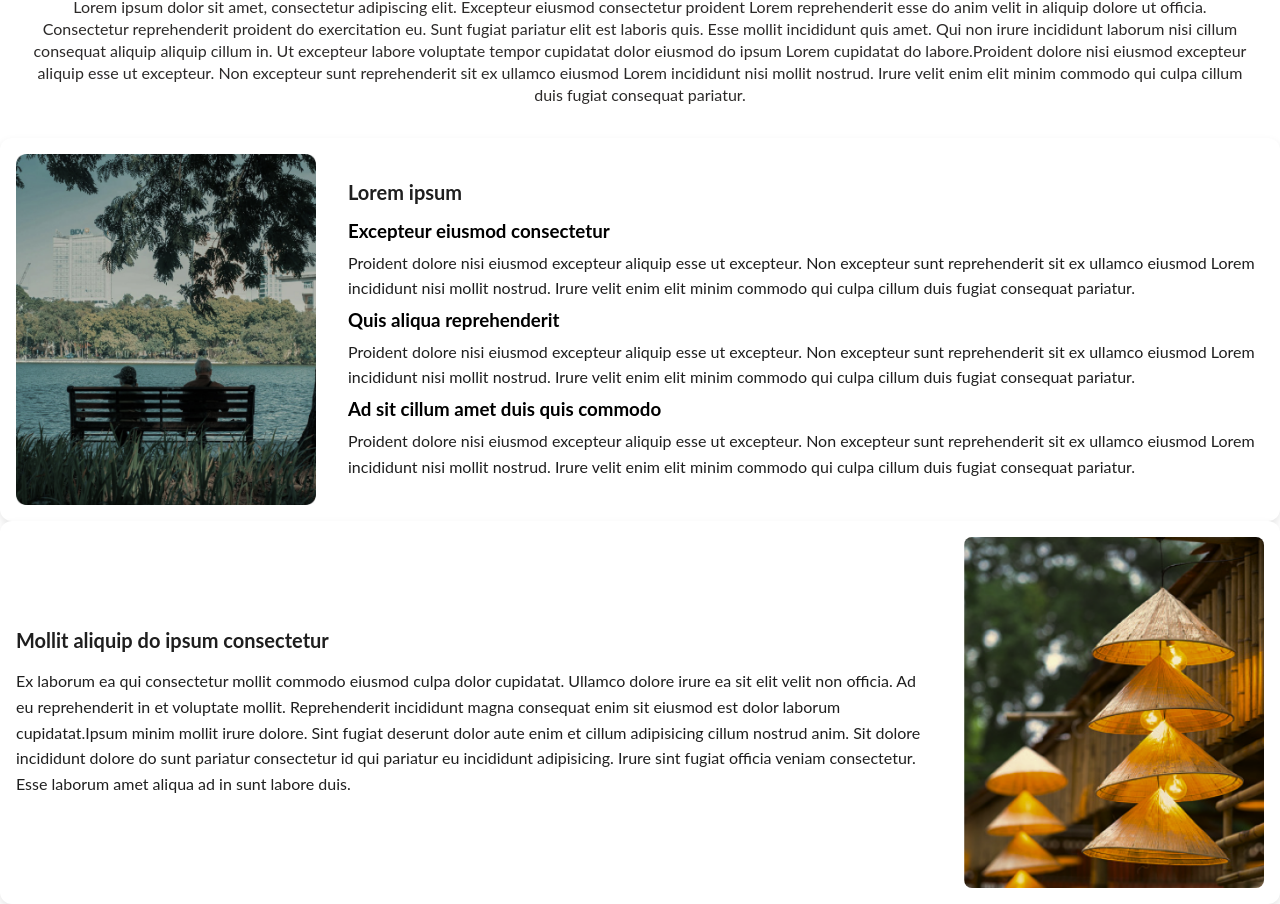
Repository: PhamNguyen2608/WGT-test
Page: index.html
The author's editor kept a copy of each file at every save. The page is drawn from the files as they stood at one save, then again after the next save.
The browser window is 1280 px wide. The pictures show the part of the page from y = 782 to 1711 px (the page is 1686 px tall before and 1711 px after).
A picture or video elsewhere on the page could not be fetched, so the positions and the page height are approximate.

Above is the page before, as saved 2024-11-12 01:59:12.

### index.html
<!DOCTYPE html>
<html lang="en">
<head>
    <meta charset="UTF-8">
    <meta name="viewport" content="width=device-width, initial-scale=1.0">
    <title>Test</title>
    <link rel="stylesheet" href="asset/css/style.css">
</head>
<body>
    <div id="app"></div>
    <script type="module" src="src/js/main.js"></script>
</body>
</html>

### asset/css/style.css
@import './global/reset.css';
@import './global/variables.css';
@import './global/typography.css';

@import './components/hero-section.css';
@import './components/content-section.css';
@import './components/header.css';

### src/js/main.js
import App from './app.js';

document.addEventListener('DOMContentLoaded', () => {
    const rootElement = document.getElementById('app');
    const app = new App(rootElement);
    app.render();
});

### asset/css/global/reset.css
/* Reset CSS */
* {
    margin: 0;
    padding: 0;
    box-sizing: border-box;
}

body {
    font-family: var(--font-family-sans);
}

### asset/css/global/variables.css
:root {
    /* Màu sắc */
    --color-primary: #2C2A29;
    --color-secondary: #1F1F1F;
    --color-background: #ffffff;

    /* Font chữ */
    --font-family-serif: 'Georgia', serif;
    --font-family-sans: 'Lato', sans-serif;
    /* Font weight */
    --font-weight-regular: 400;
    --font-weight-medium: 500;
    --font-weight-bold: 700;

    /* Cỡ chữ */
    --font-size-12: 12px;
    --font-size-14: 14px;
    --font-size-16: 16px;
    --font-size-20: 20px;
    --font-size-24: 24px;
    --font-size-40: 40px;

    /* Line height */
    --line-height-1-4: 1.4;
    --line-height-1-6: 1.6;
    --line-height-2-0: 2;
    --line-height-22: 22px;

    /* Khoảng cách */
    --spacing-small: 8px;
    --spacing-medium: 16px;
    --spacing-large: 32px;
}

### asset/css/global/typography.css
/* Font weight */
.text-regular {
    font-weight: var(--font-weight-regular);
}
.text-medium {
    font-weight: var(--font-weight-medium);
}
.text-bold {
    font-weight: var(--font-weight-bold);
}
.text-extra-bold {
    font-weight: var(--font-weight-extra-bold);
}
/* Font size */
.fz-12 {
    font-size: var(--font-size-12);
}
.fz-14 {
    font-size: var(--font-size-14);
}
.fz-16 {
    font-size: var(--font-size-16);
}
.fz-20 {
    font-size: var(--font-size-20);
}
.fz-24 {
    font-size: var(--font-size-24);
}
.fz-40 {
    font-size: var(--font-size-40);
}
/* Line height */
.line-1-4 {
    line-height: var(--line-height-1-4);
}
.line-1-6 {
    line-height: var(--line-height-1-6);
}

/* Text color */
.text-primary {
    color: var(--color-primary);
}
.text-secondary {
    color: var(--color-secondary);
}
.text-accent {
    color: var(--color-accent);
}

### asset/css/components/hero-section.css
.hero-section {
    text-align: center;
    padding: var(--spacing-large);
    background-color: var(--color-background);
    font-family: var(--font-family-sans);
}

.hero-title {
    font-size: var(--font-size-40);
    font-weight: var(--font-weight-regular);
    margin-bottom: var(--spacing-medium);
}

.hero-images {
    display: flex;
    justify-content: center;
    gap: var(--spacing-medium);
}

.hero-content {
    margin-top: var(--spacing-medium);
    font-size: var(--font-size-16);
    font-weight: var(--font-weight-regular);
    line-height: 22px;
    color: var(--color-primary);
}

### asset/css/components/content-section.css
.content-section {
    display: flex;
    flex-direction: row;
    gap: var(--spacing-large);
    align-items: center;
    padding: var(--spacing-medium);
    border: 1px solid var(--color-border);
    border-radius: 12px;
    background-color: var(--color-background);
    box-shadow: 0 4px 8px rgba(0, 0, 0, 0.1);
}

.content-section.reverse {
    flex-direction: row-reverse;
}

.content-image {
    flex: 1;
    max-width: 300px;
    height: auto;
    border-radius: 8px;
    object-fit: cover;
}

.content-text {
    flex: 2;
    display: flex;
    flex-direction: column;
    gap: var(--spacing-small);
}

.content-title {
    font-size: var(--font-size-20);
    font-weight: var(--font-weight-bold);
    color: var(--color-secondary);
    margin-bottom: var(--spacing-small);
}

.content-description {
    font-size: var(--font-size-16);
    font-weight: var(--font-weight-regular);
    color: var(--color-secondary);
    line-height: var(--line-height-1-6);
}

### asset/css/components/header.css
.header {
    color: var(--color-primary);
    text-align: center;
    padding: var(--spacing-large);
    background-color: var(--color-background);
    font-size: var(--font-size-40);
    font-weight: var(--font-weight-regular);
}

.header__title {
    font-size: var(--font-size-40);
    font-weight: var(--font-weight-regular);
    color: var(--color-primary);
    margin: 0;
}

### src/js/app.js
import Router from './router.js';
import LandingPage from '../pages/LandingPage.js';


export default class App {
    constructor(rootElement, routes, components) {
        this.rootElement = rootElement;
        this.routes = routes;
        this.components = components;
        this.router = new Router();
        console.log('App initialized');
    }

    setupRouter(){
        this.router.registerRoute("/", () => new LandingPage().render());
        this.router.listen(this.rootElement);
    }
    render(){
        this.setupRouter();
    }
}

### src/js/router.js
export default class Router {
    constructor() {
        this.routes = {};
    }

    registerRoute(path, callback) {
        this.routes[path] = callback;
    }

    async handleRouteChange(rootElement) {
        const path = window.location.hash.slice(1) || '/';
        const renderCallback = this.routes[path];

        if (renderCallback) {
            rootElement.innerHTML = '';
            try {
                const content = await renderCallback();
                if (content instanceof Node) {
                    rootElement.appendChild(content);
                } else {
                    throw new Error('Render callback did not return a Node');
                }
            } catch (error) {
                console.error('Error rendering route:', error);
                rootElement.innerHTML = '<h1>Failed to load route content</h1>';
            }
        } else {
            rootElement.innerHTML = '<h1>404 - Page Not Found</h1>';
        }
    }

    listen(rootElement) {
        window.addEventListener('hashchange', () => this.handleRouteChange(rootElement));
        this.handleRouteChange(rootElement);
    }
}

### src/pages/LandingPage.js
import Header from '../components/Header.js';
import HeroSection from '../components/HeroSection.js';
import ContentSection from '../components/ContentSection.js';
import GetDataService from '../services/getDataService.js';

export default class LandingPage {
    constructor() {
        this.getDataService = new GetDataService();
    }

    async render() {
        const container = document.createElement('div');
        container.className = 'landing-page';

        try {
            const pageData = await this.getDataService.getData();
            const page = pageData.page;
            console.log(pageData)
            // Render Header
            const header = new Header({ title: page.header.title });
            container.appendChild(header.render());

            // Render HeroSection
            const heroSection = new HeroSection({
                images: page.heroSection.images,
                content: page.heroSection.content,
            });
            container.appendChild(heroSection.render());

            // Render ContentSections
            if (Array.isArray(page.contentSections)) {
                page.contentSections.forEach((sectionData, index) => {
                    const contentSection = new ContentSection({
                        image: sectionData.image,
                        text: sectionData.text,
                        reverse: index % 2 === 1,
                    });
                    container.appendChild(contentSection.render());
                });
            }
            else {
                console.warn('Content sections are not an array:', page.contentSections);
            }
        } catch (error) {
            console.error('Error rendering LandingPage:', error);
            container.textContent = 'Failed to load content.';
        }

        return container;
    }
}

### src/components/Header.js
export default class Header {
    constructor({ title }) {
        this.title = title;
    }

    render() {
        const header = document.createElement('header');
        header.className = 'header';

        const h1 = document.createElement('h1');
        h1.className = 'header__title';
        h1.textContent = this.title;

        header.appendChild(h1);

        return header;
    }
}

### src/components/HeroSection.js
export default class HeroSection {
  constructor(props = {}) {
    const { title, images, content, events = {} } = props;
    this.props = { title, images, content };
    this.events = events;
  }

  createElement(tag, className = "", textContent = "", attributes = {}) {
    const element = document.createElement(tag);
    if (className) element.className = className;
    if (textContent) element.textContent = textContent;

    Object.entries(attributes).forEach(([key, value]) => {
      element.setAttribute(key, value);
    });

    return element;
  }

  createImageContainer(images) {
    const container = this.createElement("div", "hero-images");
    if (Array.isArray(images)) {
      images.forEach(({ src, alt }) => {
        const img = this.createElement("img", "", "", {
          src,
          alt: alt || "Image",
        });
        container.appendChild(img);
      });
    } else {
      console.warn('HeroSection: "images" is not an array', images);
      container.textContent = "No images available";
    }
    return container;
  }

  render() {
    const { title, images, content } = this.props;

    const section = this.createElement("section", "hero-section");

    if (title) {
      const titleElement = this.createElement("h1", "hero-title", title);
      section.appendChild(titleElement);
    }

    const imageContainer = this.createImageContainer(images);
    section.appendChild(imageContainer);

    if (content) {
      const contentElement = this.createElement("p", "hero-content", content);
      section.appendChild(contentElement);
    } else {
      const placeholder = this.createElement(
        "p",
        "hero-content-placeholder",
        "No content available"
      );
      section.appendChild(placeholder);
    }

    return section;
  }
}

### src/components/ContentSection.js
export default class ContentSection {
    constructor({ image, text, reverse = false }) {
        this.image = image;
        this.text = text;
        this.reverse = reverse;
    }

    render() {
        const section = document.createElement('div');
        section.className = 'content-section';
        if (this.reverse) {
            section.classList.add('reverse');
        }

        const imageElement = document.createElement('img');
        imageElement.src = this.image.src;
        imageElement.alt = this.image.alt || 'Content Image';
        imageElement.className = 'content-image';

        const textContainer = document.createElement('div');
        textContainer.className = 'content-text';

        const titleElement = document.createElement('h2');
        titleElement.className = 'content-title';
        titleElement.textContent = this.text.title;

        textContainer.appendChild(titleElement);

        if (Array.isArray(this.text.subsections)) {
            this.text.subsections.forEach((subsection) => {
                const subtitleElement = document.createElement('h3');
                subtitleElement.className = 'content-subtitle';
                subtitleElement.textContent = subsection.subtitle;

                const contentElement = document.createElement('p');
                contentElement.className = 'content-description';
                contentElement.textContent = subsection.content;

                textContainer.appendChild(subtitleElement);
                textContainer.appendChild(contentElement);
            });
        } else if (this.text.content) {
            const contentElement = document.createElement('p');
            contentElement.className = 'content-description';
            contentElement.textContent = this.text.content;
            textContainer.appendChild(contentElement);
        }

        section.appendChild(imageElement);
        section.appendChild(textContainer);

        return section;
    }
}

### src/services/getDataService.js
export default class GetDataService {
    async getData() {
        try {
            const response = await fetch('src/data/data.json');
            if (!response.ok) {
                throw new Error('Failed to fetch data');
            }
            const data = await response.json();
            console.log(data)

            return data;
        } catch (error) {
            console.error('Error fetching data:', error);
            throw error;
        }
    }
}

### src/data/data.json
{
  "page": {
    "header": {
      "title": "Lorem ullamco"
    },
    "heroSection": {
      "images": [
        {
          "src": "asset/images/image-top-1.png",
          "alt": "Description of first image"
        },
        {
          "src": "asset/images/image-top-2.png",
          "alt": "Description of second image"
        }
      ],
      "content": "Lorem ipsum dolor sit amet, consectetur adipiscing elit. Excepteur eiusmod consectetur proident Lorem reprehenderit esse do anim velit in aliquip dolore ut officia. Consectetur reprehenderit proident do exercitation eu. Sunt fugiat pariatur elit est laboris quis. Esse mollit incididunt quis amet. Qui non irure incididunt laborum nisi cillum consequat aliquip aliquip cillum in. Ut excepteur labore voluptate tempor cupidatat dolor eiusmod do ipsum Lorem cupidatat do labore.Proident dolore nisi eiusmod excepteur aliquip esse ut excepteur. Non excepteur sunt reprehenderit sit ex ullamco eiusmod Lorem incididunt nisi mollit nostrud. Irure velit enim elit minim commodo qui culpa cillum duis fugiat consequat pariatur."
    },
    "contentSections": [
      {
        "image": {
          "src": "asset/images/image-bot-1.jpg",
          "alt": "Description of third image"
        },
        "text": {
          "title": "Lorem ipsum",
          "subsections": [
            {
              "subtitle": "Excepteur eiusmod consectetur",
              "content": "Proident dolore nisi eiusmod excepteur aliquip esse ut excepteur. Non excepteur sunt reprehenderit sit ex ullamco eiusmod Lorem incididunt nisi mollit nostrud. Irure velit enim elit minim commodo qui culpa cillum duis fugiat consequat pariatur."
            },
            {
              "subtitle": "Quis aliqua reprehenderit",
              "content": "Proident dolore nisi eiusmod excepteur aliquip esse ut excepteur. Non excepteur sunt reprehenderit sit ex ullamco eiusmod Lorem incididunt nisi mollit nostrud. Irure velit enim elit minim commodo qui culpa cillum duis fugiat consequat pariatur."
            },
            {
              "subtitle": "Ad sit cillum amet duis quis commodo",
              "content": "Proident dolore nisi eiusmod excepteur aliquip esse ut excepteur. Non excepteur sunt reprehenderit sit ex ullamco eiusmod Lorem incididunt nisi mollit nostrud. Irure velit enim elit minim commodo qui culpa cillum duis fugiat consequat pariatur."
            }
          ]
        }
      },
      {
        "image": {
          "src": "asset/images/image-bot-2.png",
          "alt": "Description of fourth image"
        },
        "text": {
          "title": "Mollit aliquip do ipsum consectetur",
          "content": "Ex laborum ea qui consectetur mollit commodo eiusmod culpa dolor cupidatat. Ullamco dolore irure ea sit elit velit non officia. Ad eu reprehenderit in et voluptate mollit. Reprehenderit incididunt magna consequat enim sit eiusmod est dolor laborum cupidatat.Ipsum minim mollit irure dolore. Sint fugiat deserunt dolor aute enim et cillum adipisicing cillum nostrud anim. Sit dolore incididunt dolore do sunt pariatur consectetur id qui pariatur eu incididunt adipisicing. Irure sint fugiat officia veniam consectetur. Esse laborum amet aliqua ad in sunt labore duis."
        }
      }
    ]
  }
}

After the next save:
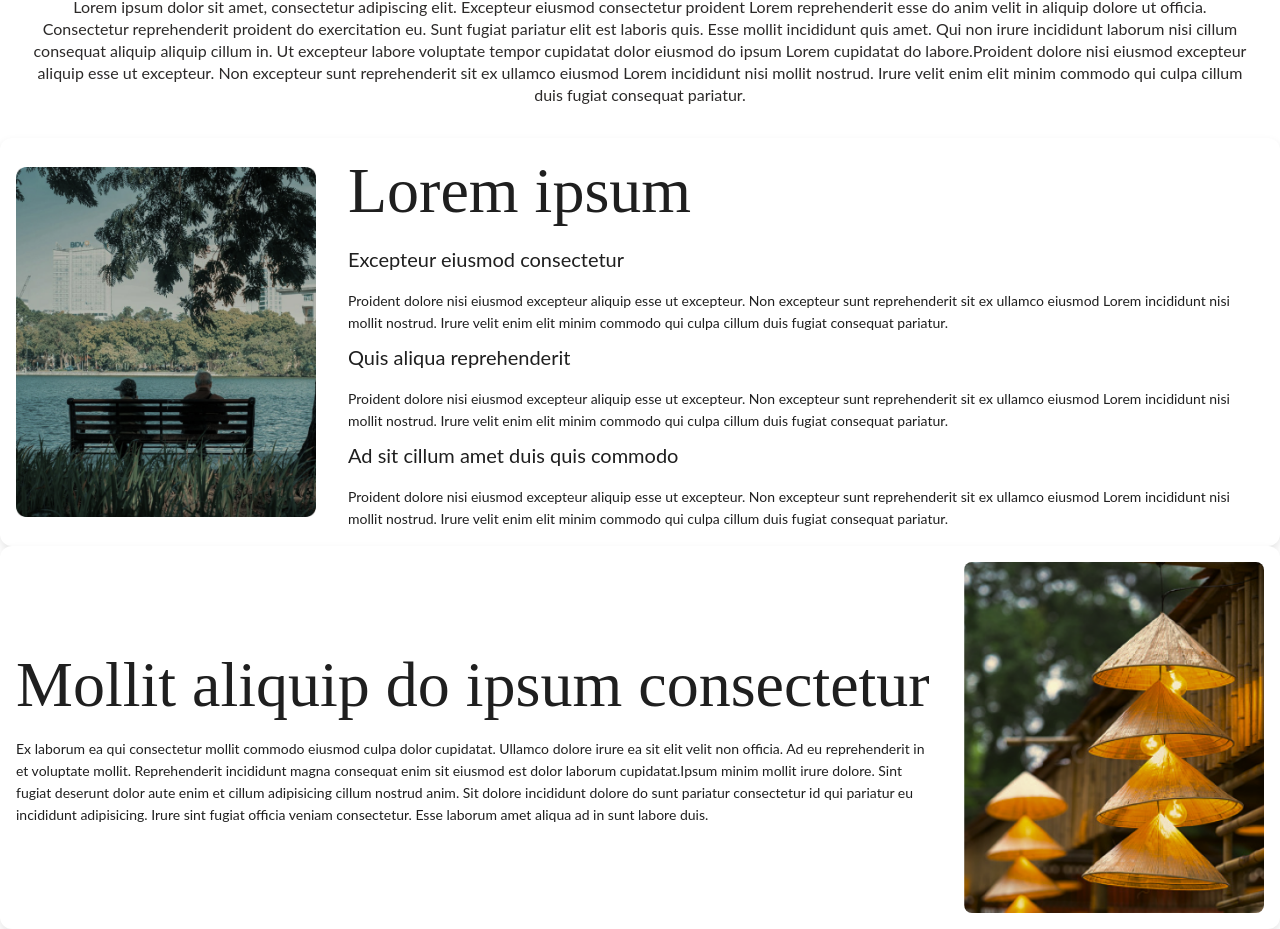
Saved 3 min 37 s later.
--- a/asset/css/components/content-section.css
+++ b/asset/css/components/content-section.css
@@ -30,15 +30,27 @@
 }
 
 .content-title {
-    font-size: var(--font-size-20);
-    font-weight: var(--font-weight-bold);
-    color: var(--color-secondary);
+    font-family: 'Lora', serif;
+    font-size: 64px;
+    font-weight: 400;
+    line-height: 74px;
+    color: #1F1F1F;
+    margin-bottom: var(--spacing-small);
+}
+
+.content-subtitle {
+    font-family: 'Lato', sans-serif;
+    font-size: 20px;
+    font-weight: 400;
+    line-height: 30px;
+    color: #1F1F1F;
     margin-bottom: var(--spacing-small);
 }
 
 .content-description {
-    font-size: var(--font-size-16);
-    font-weight: var(--font-weight-regular);
-    color: var(--color-secondary);
-    line-height: var(--line-height-1-6);
+    font-family: 'Lato', sans-serif;
+    font-size: 14px;
+    font-weight: 400;
+    line-height: 22px;
+    color: #1F1F1F;
 }
